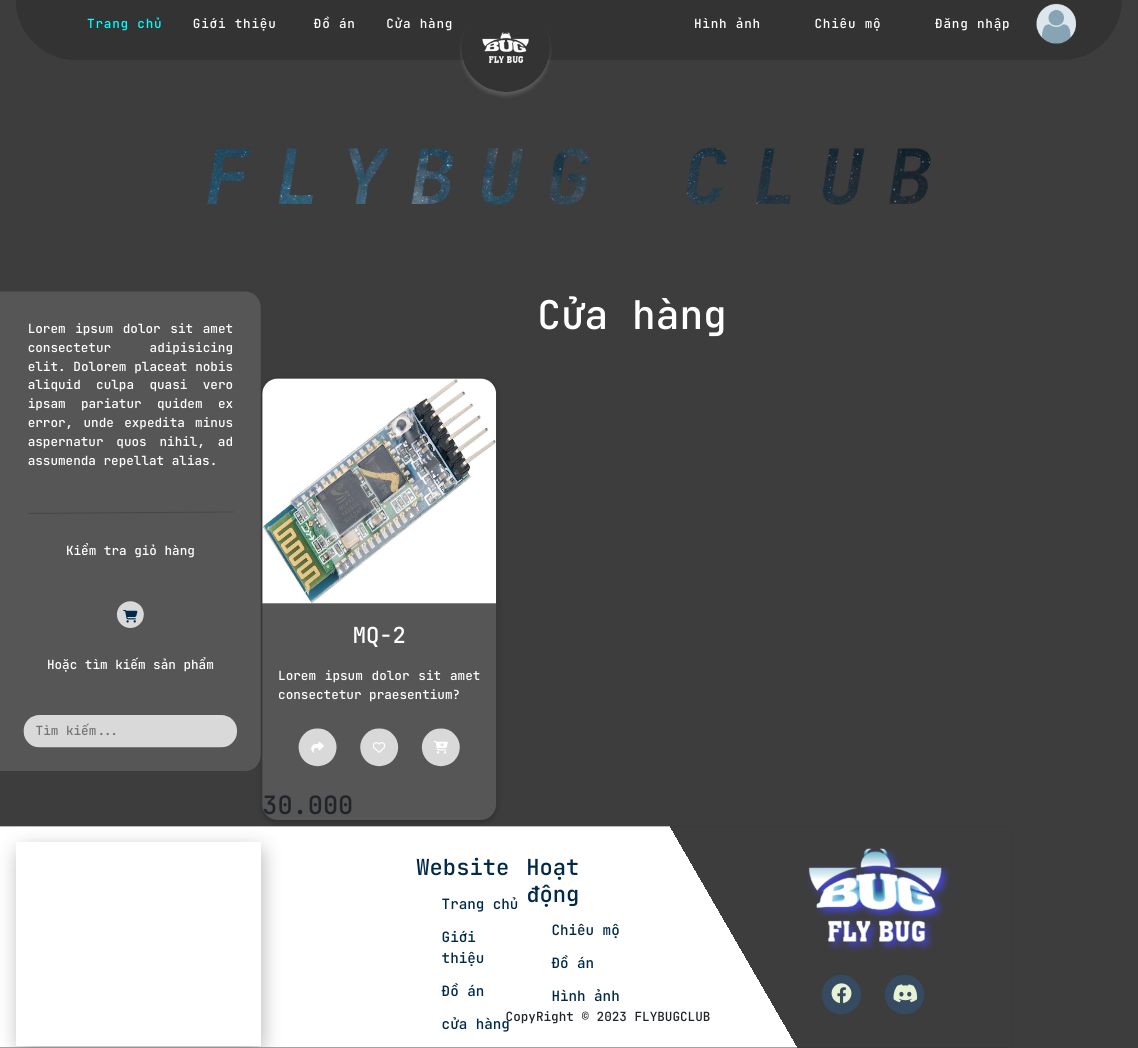
Repository: NQD2308/FlyBugClub_WebApp
Page: PROJECT FLYNUG/html/store.html
An editor plug-in stored every save of this project. The page is shown before and after the next save, followed by the edit.
The browser window is 1280 px wide. The page is 1440 px wide, so the pictures cover 1440 px, including what lies to the right of the window. The pictures show the whole page, at 79% of full size.
Pictures or frames that could not be fetched are drawn as grey boxes.

Above is the page before, as saved 2023-09-18 11:13:53.

### PROJECT FLYNUG/html/store.html
<html lang="en">

<head>
    <meta charset="UTF-8">
    <meta name="viewport" content="width=device-width, initial-scale=1.0">
    <title>Document</title>

    <!-- Bootrap 5 -->
    <link href="https://cdn.jsdelivr.net/npm/bootstrap@5.0.2/dist/css/bootstrap.min.css" rel="stylesheet" integrity="sha384-EVSTQN3/azprG1Anm3QDgpJLIm9Nao0Yz1ztcQTwFspd3yD65VohhpuuCOmLASjC" crossorigin="anonymous">

    <!-- Font awesome -->
    <link rel="stylesheet" href="https://cdnjs.cloudflare.com/ajax/libs/font-awesome/6.4.2/css/all.min.css" integrity="sha512-z3gLpd7yknf1YoNbCzqRKc4qyor8gaKU1qmn+CShxbuBusANI9QpRohGBreCFkKxLhei6S9CQXFEbbKuqLg0DA==" crossorigin="anonymous" referrerpolicy="no-referrer" />

    <!-- CSS -->
    <link rel="stylesheet" href="../css/style.css">
    <!-- Reset -->
    <link rel="stylesheet" href="../css/default_setting.css">

    <!-- JetBrains Mono font -->
    <link rel="preconnect" href="https://fonts.googleapis.com">
    <link rel="preconnect" href="https://fonts.gstatic.com" crossorigin>
    <link
        href="https://fonts.googleapis.com/css2?family=JetBrains+Mono:ital,wght@0,300;0,500;0,600;0,700;0,800;1,400&display=swap"
        rel="stylesheet">
</head>

<body>
    <!-- ========================
                #HEADER
        ========================-->
    <header>
        <div class="nav">
            <div class="nav__links">
                <ul class="nav__links-left">
                    <li><a class="active" href="#">Trang chủ</a></li>
                    <li><a href="#">Giới thiệu</li>
                    <li><a href="#">Đồ án</a></li>
                    <li><a href="#">Cửa hàng</a></li>
                </ul>
            </div>
            <div class="logo">
                <img src="../img/logo.png" alt="FlyBug logo">
            </div>
            <div class="nav__links">
                <ul class="nav__links-right">
                    <li><a href="#">Hình ảnh</a></li>
                    <li><a href="#">Chiêu mộ</a></li>
                    <li class="login"><a href="#">Đăng nhập</a></li>
                    <li class="login-Img">
                        <a href="#"><img src="../img/user.png" alt=""></a>
                    </li>
                </ul>
            </div>
        </div>
        <div class="text-logo">
            <img  src="../img/FLYBUG CLUB.png" alt="Photo logo">
        </div>
    </header>

    <section class="body">
        <div class="container">
            <div class="row">
                <div class="col col-md-3 left">
                    <div class="search">
                        <div class="store-note">
                            <p>Lorem ipsum dolor sit amet consectetur adipisicing elit. Dolorem placeat nobis aliquid culpa quasi vero ipsam pariatur quidem ex error, unde expedita minus aspernatur quos nihil, ad assumenda repellat alias.</p>
                        </div>
                        <div class="center">
                            <svg xmlns="http://www.w3.org/2000/svg" width="261" height="4" viewBox="0 0 261 4" fill="none">
                                <path d="M1 2.96216L260.993 0.99995" stroke="#3D3D3D" stroke-opacity="0.8"/>
                            </svg>
                        </div>
                        <div class="shopping-function">
                            <p>Kiểm tra giỏ hàng</p>
                            <div class="center ">
                                <button class="icon-shopping">
                                    <a href="#">
                                        <i class="fa-solid fa-cart-shopping"></i>
                                    </a>
                                </button>
                            </div>
                            <p>Hoặc tìm kiếm sản phẩm</p>
                            <div class="center">
                                <input type="text" placeholder="Tìm kiếm...">
                            </div>
                        </div>
                    </div>
                </div>
                <div class="col col-md-9 right">
                    <div class="store">
                        <h1>Cửa hàng</h1>
                        <div class="item-store">
                            <div class="row">
                                <div class="col col-md-4">
                                    <div class="item-card">
                                        <img src="../img/bluth.jpg" alt="Photo item store">
                                        <h3>MQ-2</h3>
                                        <p>Lorem ipsum dolor sit amet consectetur  praesentium?</p>
                                        <div class="center icon-card">
                                            <button class="icon icon-share">
                                                <a href="#">
                                                    <i class="fa-solid fa-share"></i>
                                                </a>
                                            </button>
                                            <button class="icon icon-love">
                                                <a href="#">
                                                    <i class="fa-regular fa-heart"></i>
                                                </a>
                                            </button>
                                            <button class="icon icon-share">
                                                <a href="#">
                                                    <i class="fa-solid fa-cart-plus"></i>
                                                </a>
                                            </button>
                                        </div>
                                        <div class="item-price">
                                            <h2>30.000</h2>
                                        </div>
                                    </div>
                                </div>
                            </div>
                        </div>
                    </div>
                </div>
            </div>
        </div>
    </section>

 <!-- ========================
                #FOOTER
        ========================-->
    <footer class="footer">
        <div class="footer-left">
            <iframe class="ggmap" src="https://www.google.com/maps/embed?pb=!1m18!1m12!1m3!1d15678.190787267133!2d106.64595238715819!3d10.769299600000005!2m3!1f0!2f0!3f0!3m2!1i1024!2i768!4f13.1!3m3!1m2!1s0x31752f7c8bf050ff%3A0x4fa87595d124cc0c!2zVHLGsOG7nW5nIMSQ4bqhaSBo4buNYyBIb2EgU2VuIC0gQ8ahIHPhu58gVGjDoG5oIFRow6Fp!5e0!3m2!1svi!2s!4v1691345035899!5m2!1svi!2s" width="500" height="250" style="border:1;" allowfullscreen="" loading="lazy" referrerpolicy="no-referrer-when-downgrade"></iframe>
        </div>
        <ul class="footer-center">
            <li>
                <h3>Website</h3>

                <ul class="box">
                    <li><a href="#">Trang chủ</a></li>
                    <li><a href="#">Giới thiệu</a></li>
                    <li><a href="#">Đồ án</a></li>
                    <li><a href="#">cửa hàng</a></li>
                </ul>
            </li>
            <li>
                <h3>Hoạt động</h3>

                <ul class="box">
                    <li><a href="#">Chiêu mộ</a></li>
                    <li><a href="#">Đồ án</a></li>
                    <li><a href="#">Hình ảnh</a></li>
                </ul>
            </li>
        </ul>
        <div class="footer-right">
            <div class="img-logo">
                <img src="../img/flybug.png" alt="">
            </div>
            <div class="socials">
                <a href="#"><i class="fa-brands fa-facebook"></i></a>
                <a href="#"><i class="fa-brands fa-discord"></i></a>
            </div>
        </div>

        <div class="footer-bottom">
            <p>CopyRight &copy; 2023 FLYBUGCLUB</p>
        </div>
    </footer>

</body>

</html>

### PROJECT FLYNUG/css/style.css
li,
a,
button {
    list-style: none;
    font-family: 'JetBrains Mono', monospace;
    font-size: 16px;
    text-decoration: none;
    color: #fff;
    cursor: url(../img/bug-icon.png) 5 5, auto !important;
}
body {
    cursor: url(../img/bug-icon.png) 5 5, auto !important;
}
a {
    cursor: url(../img/bug-icon.png) 5 5, auto;
}
body {
    background-color: #3d3d3d;
}

/* =========================
        #HEADER
    =========================*/
header {
    /* position: fixed; */
    width: 1440px;
    /* height: 80px; */
    /* border-bottom: 1px solid #00000026; */




    /* backdrop-filter: blur(20px); */
}

header .nav {
    width: 1400px;
    margin: 0 auto;
    max-width: 100%;
    background: #333;
    border-radius: 0px 0px 80px 80px;
    display: flex;
    justify-content: space-between;
    align-items: center;
    padding: 0 3%;
    top: 0%;
    z-index: 10;
    box-shadow: rgba(0, 0, 0, 0.3) 2.72076px ;
    /* border: 1px solid red; */
}

header .nav ul {
    display: flex;
    align-items: center;
}

header .nav ul li {
    margin: 5px 15px;
    letter-spacing: 1px;
}

header .nav .logo {
    /* border: 1px solid red; */
    width: 7rem;
    height: 7rem;
    position: absolute;
    left: 50%;
    transform: translate(-50%, 20%);
    background-color: #333;
    overflow: hidden;
    border-radius: 100%;
    box-shadow: 0 5px 5px rgba(204, 204, 204, .2);
}

header .logo img {
    width: 100%;
    height: 100%;
    object-fit: cover;
}

header .nav__links {
    width: 40%;
    height: 100%;
}
header .nav__links ul li a{
    transition: .3s ease;
}
header .nav__links ul > li:hover a{
    color: aqua;
}
header .nav__links-left,
header .nav__links-right {
    justify-content: space-between;
}

.active {
    color: aqua;
}

.nav__links-right li:last-child {
    width: 50px;
    height: 50px;
}

header .nav__links-right {
    margin-left: -20px;
}

header .nav__links-right .login-img {
    margin-left: -20px;
}

header .text-logo{
    display: flex;
    justify-content: center;
    width: 1440px;
    background-color: #3d3d3d;
    /* border: 1px solid white; */
    padding: 110px 0;
}

/* ================================ */
/* ============= BODY ============= */
/* ================================ */

/*  @############ LEFT ############@ */

section.body .container{
    max-width: 1440px;
}
section.body .left{
    padding-left: 0;
}

section.body .search{
    width: 330px;
    background-color: #565656;
    border-radius: 0 20px 20px 0;
    position: relative;
    left: 0;
}

.body .search store-note{
    display: flex;
    justify-content: center;
}

.body .search p{
    color: #FFF;
    text-align: justify;
    padding: 35px;
}

.body .search .shopping-function p{
    text-align: center;
}

.body .search .shopping-function button.icon-shopping{
    width: 34px;
    height: 34px;
    border-radius: 50%;
    background-color: #D9D9D9;
    border: none;
}

.body .search .shopping-function .icon-shopping i{
    display: flex;
    justify-content: center;
    width: 24px;
    color: #012A4A;
    transition: all .25s ease-in;
    /* border: 1px solid orange; */
    border-radius: 50%;
    padding: 10px 16px 6px 17px;
}

.body .search .shopping-function button.icon-shopping:hover i{
    color: orange;
    transition: all .25s ease-in;
}

.body .search .shopping-function input{
    width: 270px;
    padding: 10px 15px;
    border-radius: 20px;
    border: none;
    background-color: #D9D9D9;
    margin-bottom: 30px;
}

/*  @############ RIGHT ############@ */

.body .right .store h1{
    color: white;
    text-align: center;
    font-size: 50px;
    margin-bottom: 50px;
}

.body .right .store .item-card{
   background-color: #565656;
    /* border: white 1px solid; */
    border-radius: 20px;
    box-shadow: rgba(0, 0, 0, 0.24) 0px 3px 8px;
}

.body .right .store img {
    height: 285px;
    background-size: cover;
    background-position: center;
    background-attachment: fixed;
    border-radius: 20px 20px 0 0;
}

.body .right .store h3{
    margin: 23px 0;
    text-align: center;
    color: white;
}

.body .right .store p{
    color: white;
    text-align: justify;
    padding: 0 20px;
    font-size: 16px;
    margin: 15px 0;
}

.body .right .store .icon-card{
    margin: 15px 0;
}

.body .right .store .icon-card .icon{
    width: 48px;
    height: 48px;
    border: none;
    margin: 15px;
    background-color: #D9D9D9;
    border-radius: 50%;
}

.body .right .store .icon-card .icon i{
    /* border: orange 1px solid; */
    padding: 15px;
    border-radius: 50%;
}


/* =========================
        #FOOTER
         background-image: linear-gradient(60deg, white 70%, #3d3d3d 25%);
    =========================*/
footer {
    /* width: 100%; */
    position: relative;
    height: 280px;
    background-color: #333;
    background-image: linear-gradient(60deg, white 70%, #3d3d3d 25%);

    display: flex;
    flex-flow: row wrap;
    justify-content: space-between;
    padding: 20px;
    overflow: hidden;
}

.footer>* {
    width: calc(100% / 4);
}

.footer ul li,
.footer ul li a {
    color: #012A4A;
    font-size: 18px;
}

.footer-left {
    margin-right: 1.25em;
    margin-bottom: 2em;
    box-shadow: rgba(0, 0, 0, 0.3) 2.72076px 8px 24px;
}

.footer-left iframe {
    border-radius: 5px;
}

.footer-center {
    display: flex;
    flex-flow: row wrap;
    justify-content: space-between;
}

.footer-center>* {
    width: calc(100% / 2);
}

.footer-center li {
    margin: 15px 0;
}

.footer-center .box li a {
    transition: .3s ease;
}

.footer-center .box>li:hover a {
    margin-left: 10px;
    color: #4444dd;
    font-weight: bold;
}

.footer-right {
    height: 100%;
    margin: -10px 0;
    display: flex;
    align-items: center;
    flex-flow: row wrap;
    justify-content: center;
}

.footer-right .img-logo {
    width: 100%;
    display: flex;
    justify-content: center;
}

.footer-right img {
    width: 60%;
    filter: drop-shadow(5px 5px 5px #4444dd);
}

.socials a {
    background: #364a62;
    width: 50px;
    height: 50px;
    display: inline-block;
    text-align: center;
    margin: 0 10px;
    border-radius: 100%;
    transition: 0.4s ease;
}

.socials a i {
    color: #e7f2d4;
    padding: 10px;
    font-size: 26px;
}

.socials>a:first-child:hover {
    background-color: #4267B2;
    transform: rotate(1turn);
}

.socials>a:last-child:hover {
    background-color: #7289da;
    transform: rotate(1turn);
}

.footer-bottom {
    position: absolute;
    bottom: 10;
    left: 50%;
}


.main  {
    height: 100vh;
}

### PROJECT FLYNUG/css/default_setting.css
html {
  max-width: 1440px;
  margin: auto;
	line-height: 1.5;
	box-sizing: border-box;
	scroll-behavior: smooth;
  }
  * {
	margin: 0;
	padding: 0;
  font-family: 'JetBrains Mono', monospace;
  }
  *,
  *:before,
  *:after {
	box-sizing: border-box;
  }
  input,
  textarea,
  select,
  button {
	outline: none;
	font: inherit;
  }
  input {
	line-height: normal;
  }
  label,
  button {
	cursor: pointer;
	user-select: none !important;
  }
  ul {
	list-style: none;
  }
  a {
	text-decoration: none;
  }
  img,
  picture,
  video,
  canvas,
  svg {
	display: block;
	max-width: 100%;
	user-select: none !important;
  }

  p,
  h1,
  h2,
  h3,
  h4,
  h5,
  h6 {
	overflow-wrap: break-word;
  }

  /* Mobie: width < 740px */
  @media only screen and (max-width: 46.1875em) {
    input[type="color"],
    input[type="date"],
    input[type="datetime"],
    input[type="datetime-local"],
    input[type="email"],
    input[type="month"],
    input[type="number"],
    input[type="password"],
    input[type="search"],
    input[type="tel"],
    input[type="text"],
    input[type="time"],
    input[type="url"],
    input[type="week"],
    select:focus,
    textarea {
      font-size: 16px;
    }
  }

  .center{
    display: flex;
    justify-content: center;
  }

After the next save:
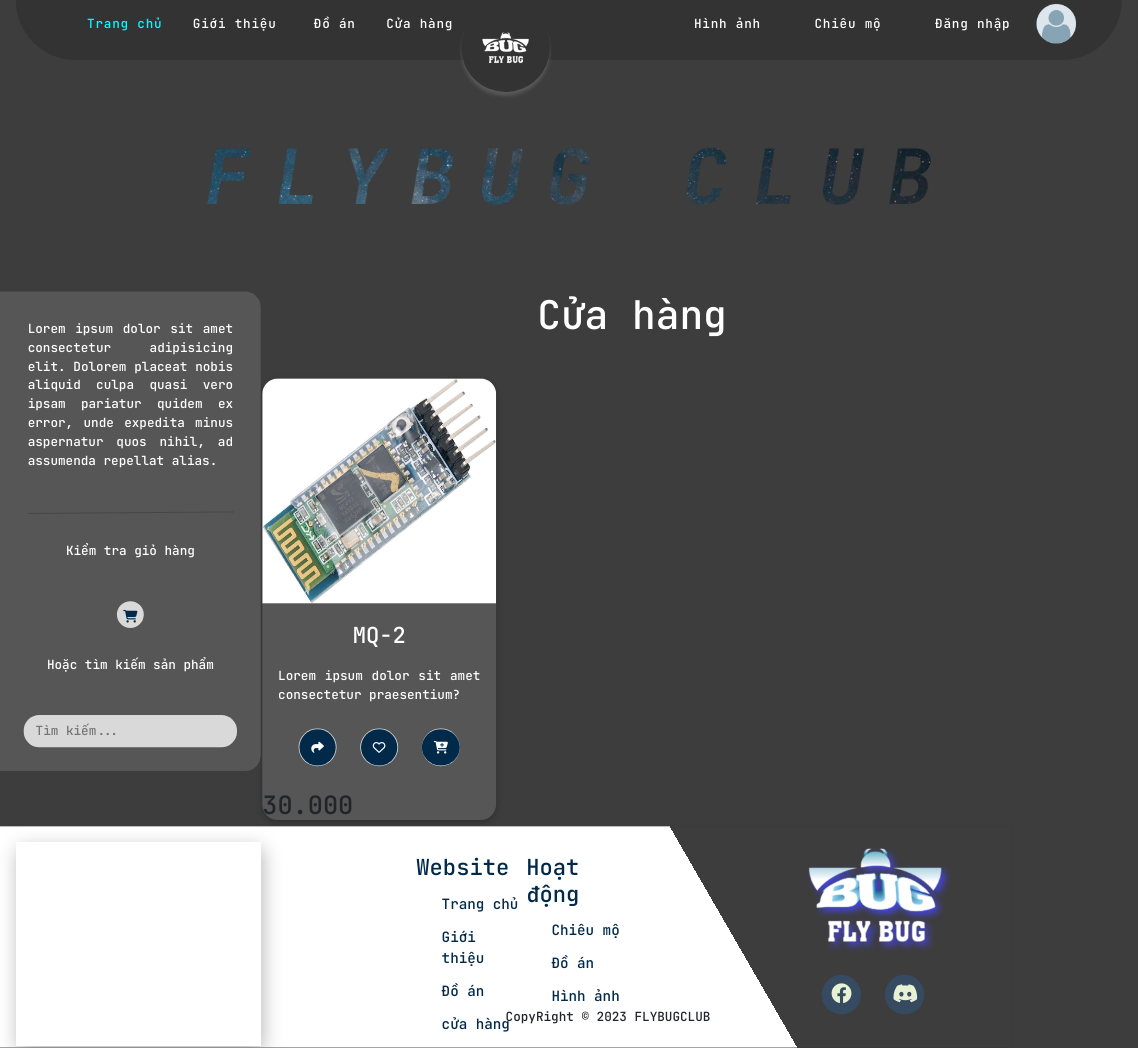
Saved 55 s later.
--- a/PROJECT FLYNUG/css/style.css
+++ b/PROJECT FLYNUG/css/style.css
@@ -241,8 +241,16 @@
 
 .body .right .store .icon-card .icon i{
     /* border: orange 1px solid; */
+    background-color: #012A4A;
     padding: 15px;
     border-radius: 50%;
+    transition: all .25s ease-in;
+}
+
+.body .right .store .icon-card .icon :hover i{
+    /* border: orange 1px solid; */
+
+    transition: all .25s ease-in;
 }
 
 
